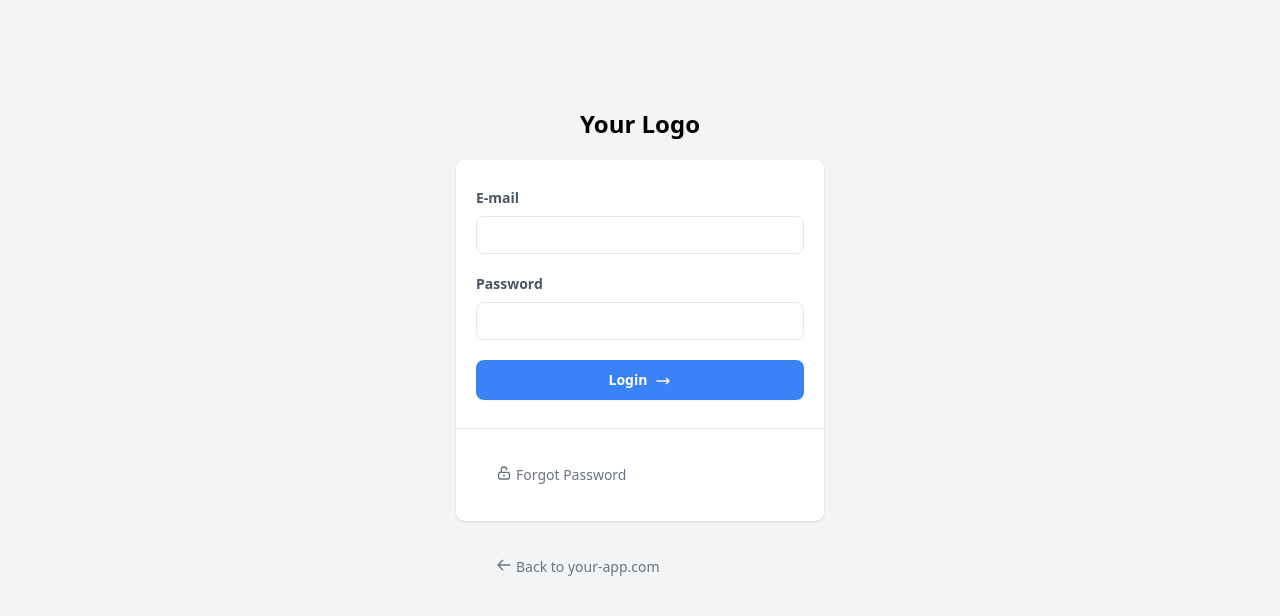
Repository: ELHADRINadia/Gestion_buses
Page: /login (app in booking/)
An editor plug-in stored every save of this project. The page is shown before and after the next save, followed by the edit.
The browser window is 1280 px wide. The pictures show the whole page.
The project was rebuilt for these pictures with package versions that can differ from the ones it lists, and the page was loaded fresh each time. Also part of the build but not shown: booking/src/App.css, booking/src/components/NavBar.js, booking/src/Home.js, booking/src/auth/Register.js, booking/src/Admin/bus/DisplayBuses.js, booking/src/components/SideBar.js, booking/src/Admin/dashboard.js.

Above is the page before, as saved 2022-11-04 11:39:49.

After the next save:
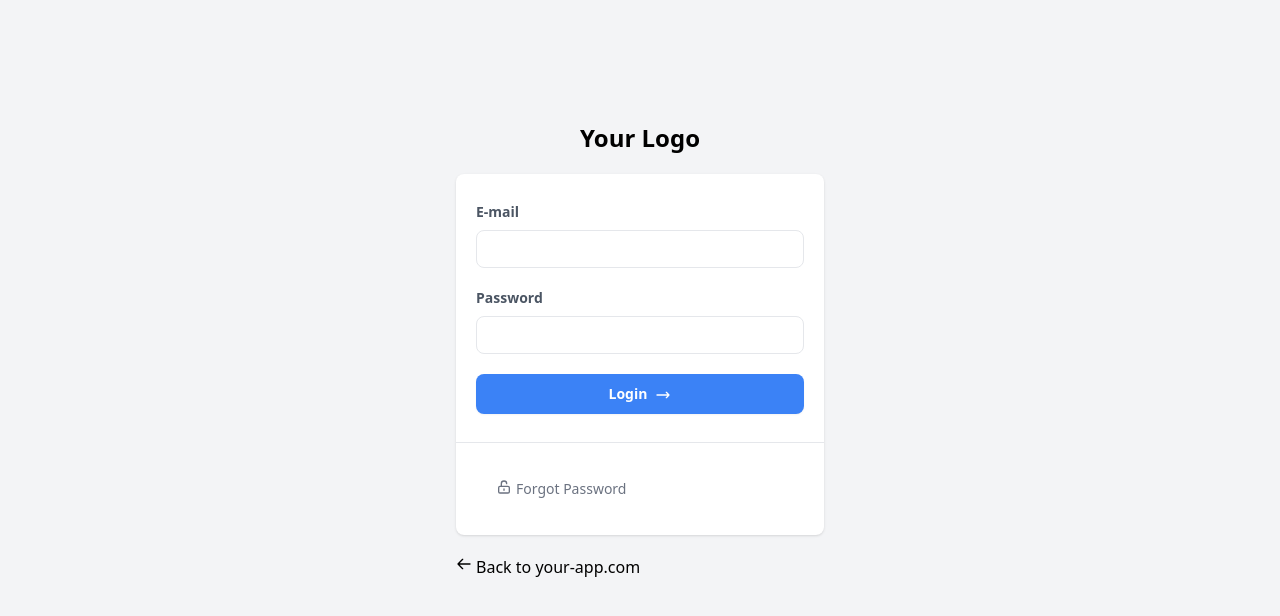
Saved 13 s later.
--- a/booking/src/auth/Login.js
+++ b/booking/src/auth/Login.js
@@ -67,7 +67,7 @@
     <div class="py-5" >
         <div class="grid grid-cols-2 gap-1">
           <div class="text-center sm:text-left whitespace-nowrap">
-            <button class="transition duration-200 mx-5 px-5 py-4 cursor-pointer font-normal text-sm rounded-lg text-gray-500 hover:bg-gray-200 focus:outline-none focus:bg-gray-300 focus:ring-2 focus:ring-gray-400 focus:ring-opacity-50 ring-inset" onClick={login}>
+            <button  onClick={login}>
                 <svg xmlns="http://www.w3.org/2000/svg" fill="none" viewBox="0 0 24 24" stroke="currentColor" class="w-4 h-4 inline-block align-text-top" >
                     <path stroke-linecap="round" stroke-linejoin="round" stroke-width="2" d="M10 19l-7-7m0 0l7-7m-7 7h18" />
                 </svg>

After the save that followed:
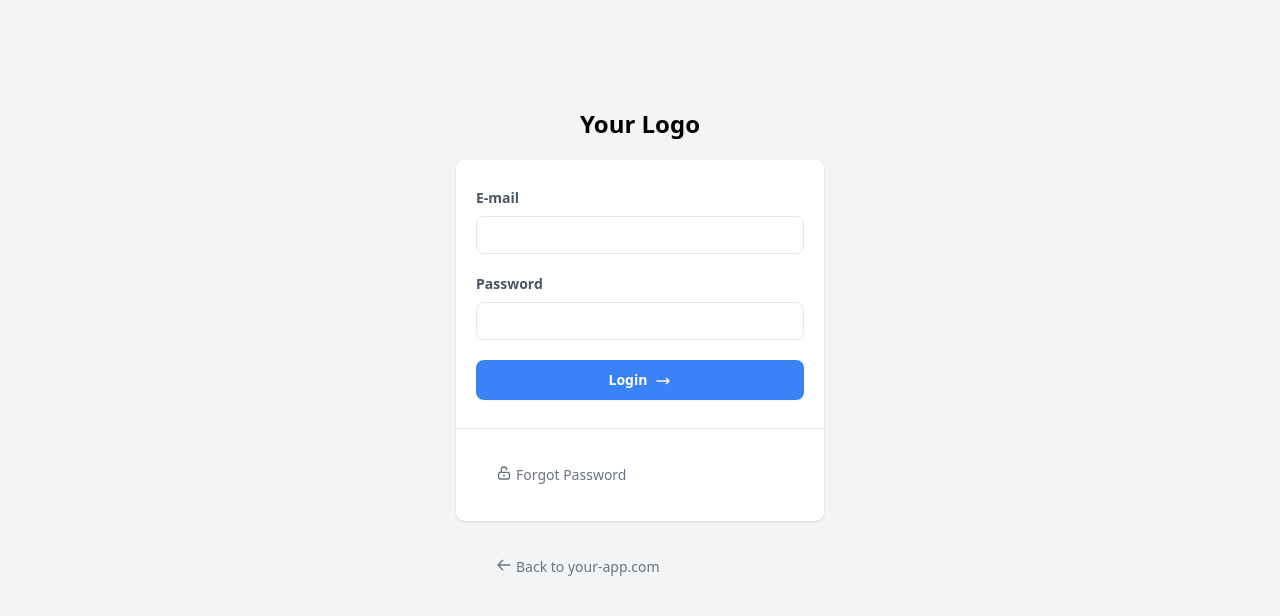
Saved 69 s later.
--- a/booking/src/auth/Login.js
+++ b/booking/src/auth/Login.js
@@ -67,7 +67,7 @@
     <div class="py-5" >
         <div class="grid grid-cols-2 gap-1">
           <div class="text-center sm:text-left whitespace-nowrap">
-            <button  onClick={login}>
+            <button class="transition duration-200 mx-5 px-5 py-4 cursor-pointer font-normal text-sm rounded-lg text-gray-500 hover:bg-gray-200 focus:outline-none focus:bg-gray-300 focus:ring-2 focus:ring-gray-400 focus:ring-opacity-50 ring-inset" onClick={login}>
                 <svg xmlns="http://www.w3.org/2000/svg" fill="none" viewBox="0 0 24 24" stroke="currentColor" class="w-4 h-4 inline-block align-text-top" >
                     <path stroke-linecap="round" stroke-linejoin="round" stroke-width="2" d="M10 19l-7-7m0 0l7-7m-7 7h18" />
                 </svg>
